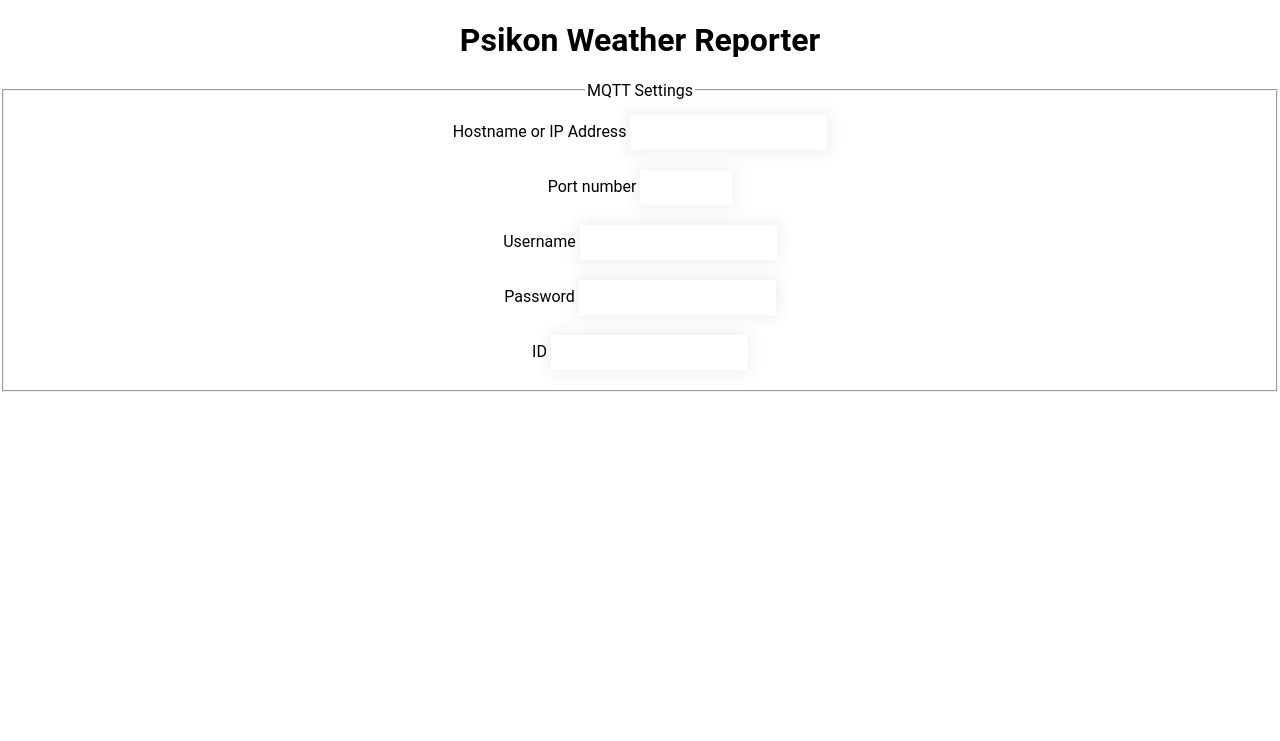
Repository: alex-dow/psikon-weather-station
Page: data/index.html
The author's editor kept a copy of each file at every save. The page is drawn from the files as they stood at one save, then again after the next save.
The browser window is 1280 px wide. The pictures show the whole page.

Above is the page before, as saved 2021-12-09 22:30:53.

After the next save:
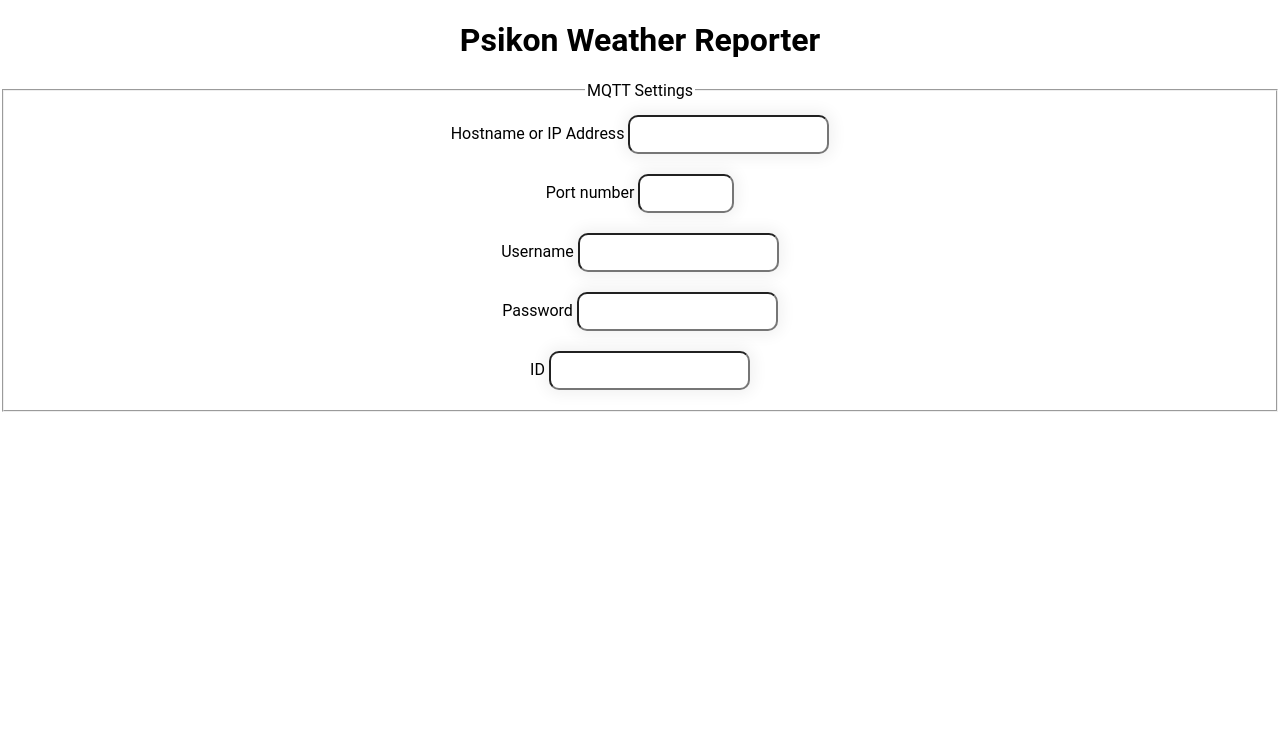
Saved 9 s later.
--- a/data/index.html
+++ b/data/index.html
@@ -22,7 +22,8 @@
     {
       padding: 10px;
       margin: 10px 0;
-      border:0;
+      border-radius:10px;
+
   box-shadow:0 0 15px 4px rgba(0,0,0,0.06);
     }
   </style>
